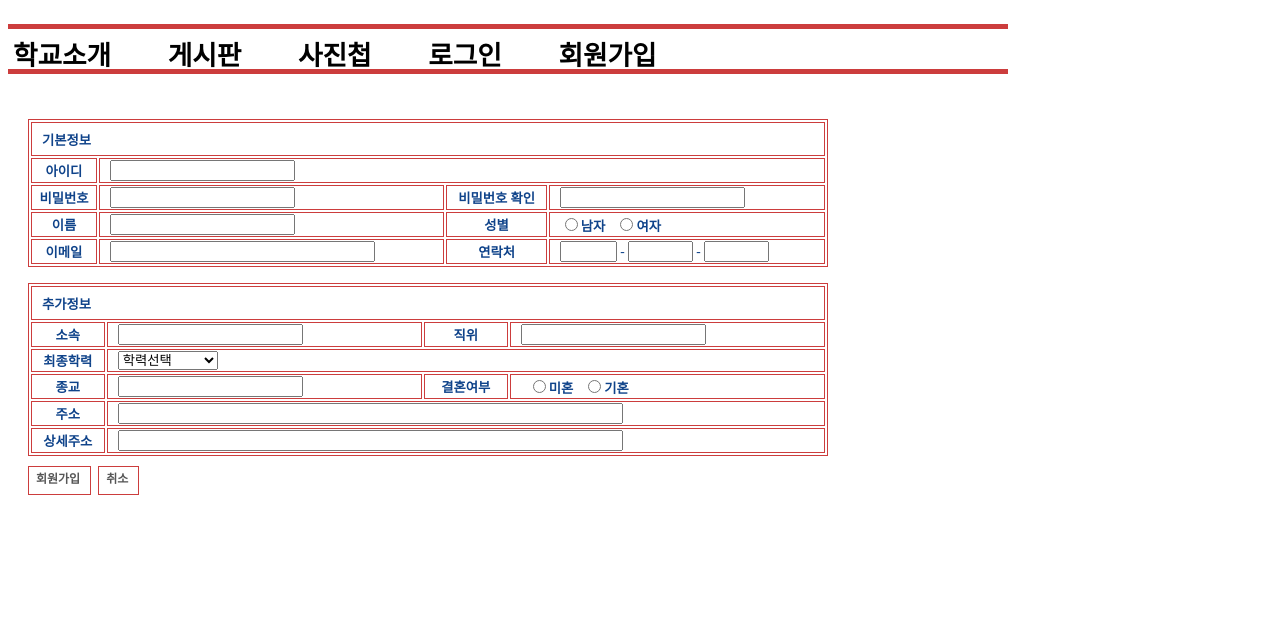
Repository: asaf0813/aisw
Page: java/이클립스/workspace/html/htmltest/WebContent/member/join.html
These files come from the project's save history. The page is drawn as it stood at one moment and after the next save; the edit follows.
The browser window is 1280 px wide. The pictures show the part of the page from y = 158 to 880 px (the page is 777 px tall before and 880 px after).

Above is the page before, as saved 2019-10-03 10:46:09.

After the next save:
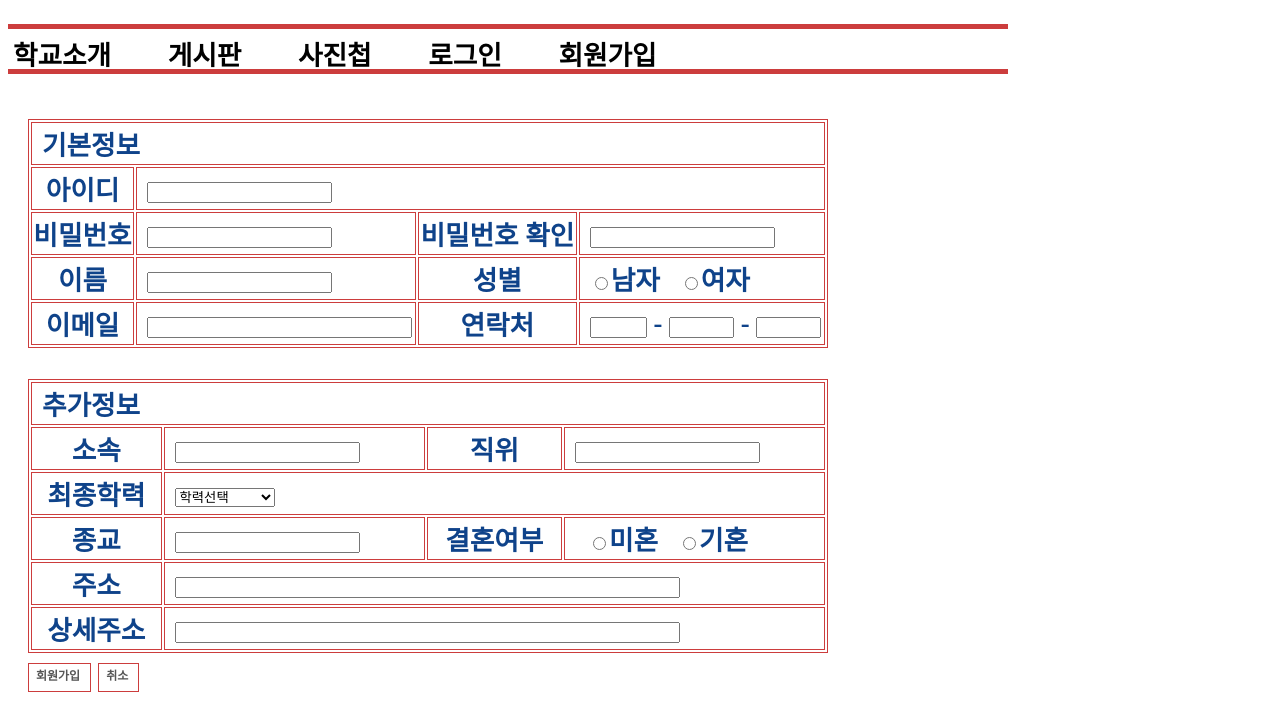
Saved 7 s later.
--- a/java/이클립스/workspace/html/htmltest/WebContent/member/join.css
+++ b/java/이클립스/workspace/html/htmltest/WebContent/member/join.css
@@ -47,7 +47,7 @@
 
 .modify_user{
 	font-weight:bold;
-	font-size:10pt;
+	font-size:20pt;
 }
 
 
